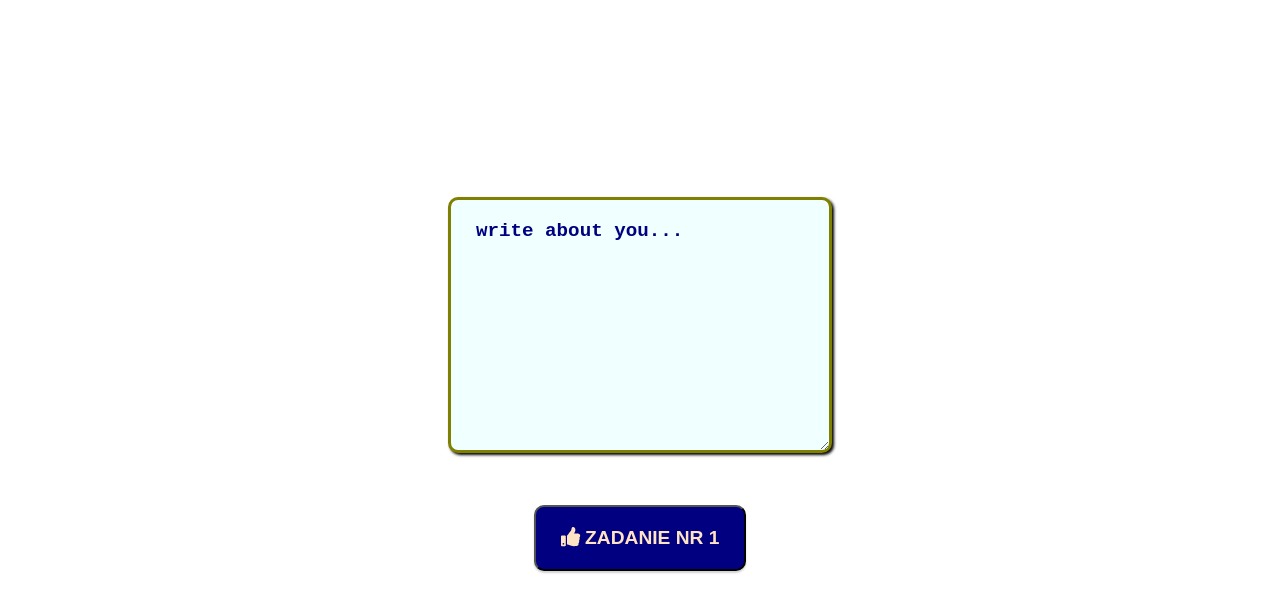
Repository: KrzysKolo/sr_tydzien3_zad_1_2_3
Page: /
These files come from the project's save history. The page is drawn as it stood at one moment and after the next save; the edit follows.
The browser window is 1280 px wide. The pictures show the whole page.
The project was rebuilt for these pictures with package versions that can differ from the ones it lists, and the page was loaded fresh each time.

Above is the page before, as saved 2020-11-02 16:58:19.

After the next save:
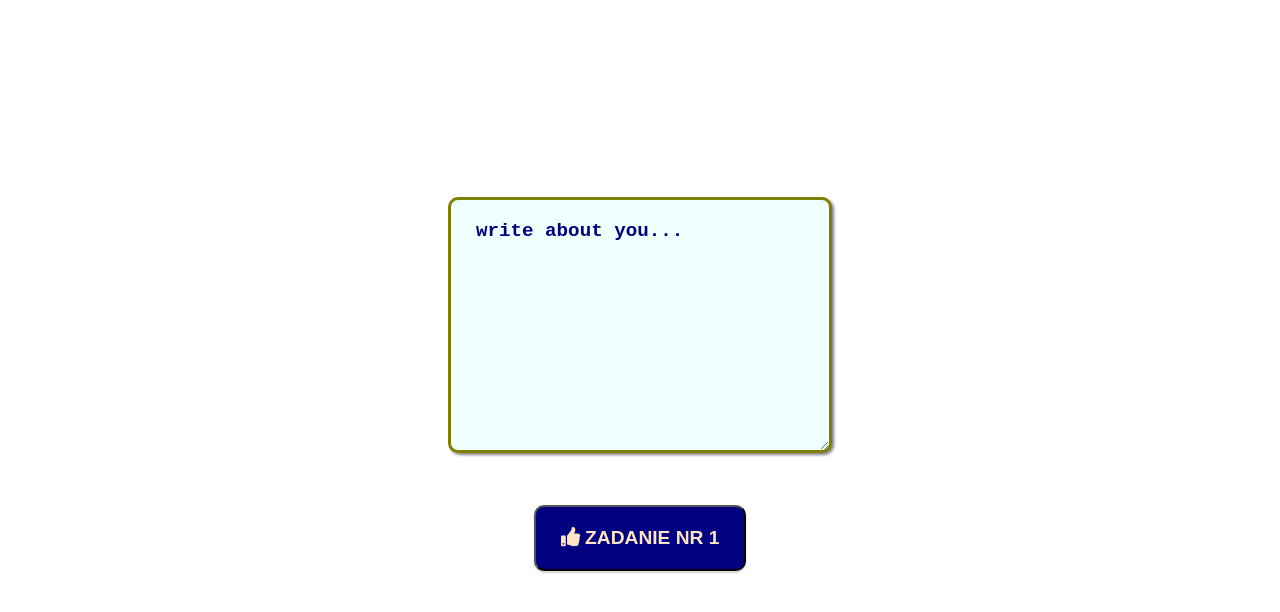
Saved 30 s later.
--- a/src/components/Form/Textarea.js
+++ b/src/components/Form/Textarea.js
@@ -7,7 +7,7 @@ const Textarea = ({value, color, bgColor, borderSize, borderRadius, borderColor}
     background-color: ${bgColor};
     border-radius: ${borderRadius};
     border: ${borderSize} solid ${borderColor};;
-    box-shadow: 2px 2px 3px black;
+    box-shadow: 2px 2px 3px grey;
     color: ${color};
     font-weight: bold;
     font-size: 1.2rem;
